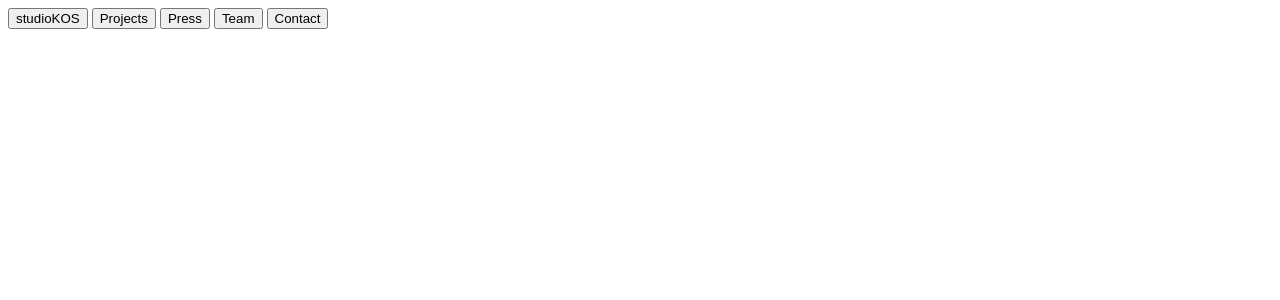
Repository: c4p0/arq.roch
Page: themes/roch/layouts/partials/navigation.html
The author's editor kept a copy of each file at every save. The page is drawn from the files as they stood at one save, then again after a run of saves.
The browser window is 1280 px wide. The pictures show the whole page.

Above is the page before, as saved 2025-07-03 11:11:48.

### themes/roch/layouts/partials/navigation.html
<div id="navigation">
    <button data-href="studiokos">studioKOS</button>
    <button data-href="projects">Projects</button>
    <button data-href="press">Press</button>
    <button data-href="team">Team</button>
    <button data-href="contact">Contact</button>
</div>

After the next 2 saves:
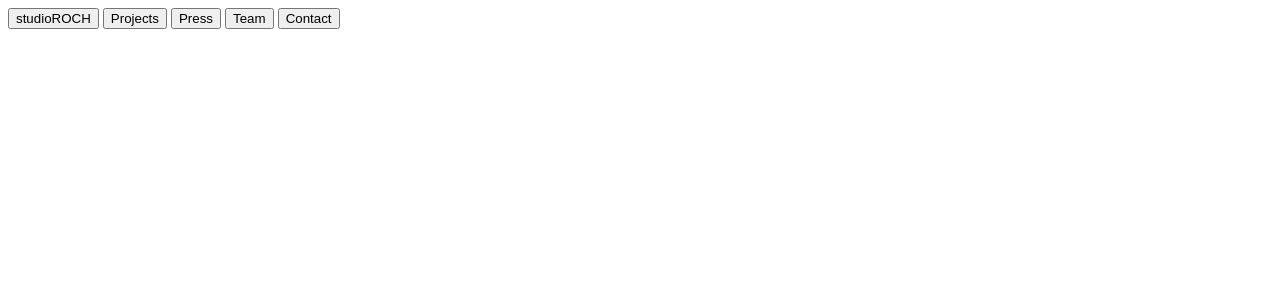
The 2 saves are shown as one change because they came seconds apart.
The last was saved 24 s later.
--- a/themes/roch/layouts/partials/navigation.html
+++ b/themes/roch/layouts/partials/navigation.html
@@ -1,5 +1,5 @@
 <div id="navigation">
-    <button data-href="studiokos">studioKOS</button>
+    <button data-href="studiokos">studioROCH</button>
     <button data-href="projects">Projects</button>
     <button data-href="press">Press</button>
     <button data-href="team">Team</button>
